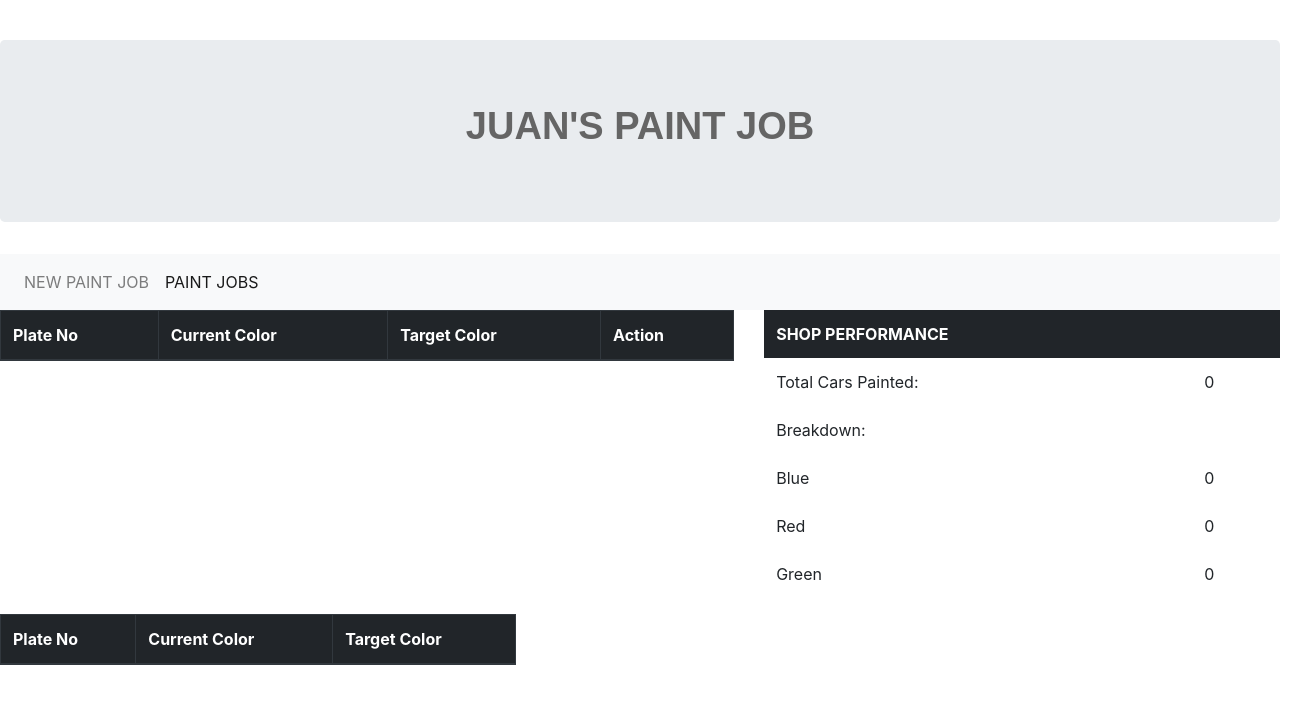
Repository: soycaringal/paint-job
Page: http://localhost/jobs
These files come from the project's save history. The page is drawn as it stood at one moment and after the next save; the edit follows.
The browser window is 1280 px wide. The page is 1295 px wide, then 1280 px, so the pictures cover 1295 px, including what lies to the right of the window. The pictures show the whole page.
The page is served by the project's Laravel application, run on PHP 8.4 with Laravel 8. Other server files are loaded and not shown. Queries for data that is not in the repository find no rows.

Above is the page before, as saved 2020-02-23 17:03:37.

### routes/web.php
<?php

/*
|--------------------------------------------------------------------------
| Web Routes
|--------------------------------------------------------------------------
|
| Here is where you can register web routes for your application. These
| routes are loaded by the RouteServiceProvider within a group which
| contains the "web" middleware group. Now create something great!
|
*/

Route::get('/', 'CarController@index')->name('home');
Route::get('/jobs', 'CarController@jobs')->name('jobs');
Route::post('/car', 'CarController@store')->name('car.store');

// Route::post('/car', function () {

//     return 'aw';
// });

### app/Http/Controllers/CarController.php
<?php

namespace App\Http\Controllers;

use App\Car;
use Illuminate\Http\Request;

class CarController extends Controller
{
    private $car;

    public function __construct(Car $car) {
        $this->car = $car;
    }

    /**
     * Display a listing of the resource.
     *
     * @return \Illuminate\Http\Response
     */
    public function index()
    {
        $cars = $this->car->all();
        return view('home', compact('cars'));
    }

        /**
     * Display a listing of the resource.
     *
     * @return \Illuminate\Http\Response
     */
    public function jobs()
    {
        return view('jobs');
    }

    /**
     * Show the form for creating a new resource.
     *
     * @return \Illuminate\Http\Response
     */
    public function create()
    {
        //
    }

    /**
     * Store a newly created resource in storage.
     *
     * @param  \Illuminate\Http\Request  $request
     * @return \Illuminate\Http\Response
     */
    public function store(Request $request)
    {
        $data = $request->all();

        $car = new Car();
        $car->plate_no = $data['plate_no'];
        $car->current_color = $data['current_color'];
        $car->target_color = $data['target_color'];
        $car->save();

        return redirect('jobs');
    }

    /**
     * Display the specified resource.
     *
     * @param  \App\Car  $car
     * @return \Illuminate\Http\Response
     */
    public function show(Car $car)
    {
        //
    }

    /**
     * Show the form for editing the specified resource.
     *
     * @param  \App\Car  $car
     * @return \Illuminate\Http\Response
     */
    public function edit(Car $car)
    {
        //
    }

    /**
     * Update the specified resource in storage.
     *
     * @param  \Illuminate\Http\Request  $request
     * @param  \App\Car  $car
     * @return \Illuminate\Http\Response
     */
    public function update(Request $request, Car $car)
    {
        $car = $this->car->find($request->id);
        $car->status = 'completed';
        $car->save();
    }

    /**
     * Remove the specified resource from storage.
     *
     * @param  \App\Car  $car
     * @return \Illuminate\Http\Response
     */
    public function destroy(Car $car)
    {
        //
    }
}

### resources/views/jobs.blade.php
@extends('layouts.app')

@section('content')

<div class="row">
    <section class="col-7">
        <div class="cars">
            <table class="table table-bordered">
                <thead class="thead thead-dark">
                    <tr>
                        <th scope="col">Plate No</th>
                        <th scope="col">Current Color</th>
                        <th scope="col">Target Color</th>
                        <th scope="col">Action</th>
                    </tr>
                </thead>
                <tbody class="car-in-progress">

                </tbody>
            </table>
        </div>
    </section>
    <section class="col-5">
        <div class="cars">
            <table class="table table-borderless">
                <thead class="thead thead-dark">
                    <tr>
                        <th scope="col" colspan="2">SHOP PERFORMANCE</th>
                    </tr>
                </thead>
                <tbody class="car-performance">

                </tbody>
            </table>
        </div>
    </section>
</div>
<div class="row">
    <section class="col-5">
        <div class="cars">
            <table class="table table-bordered">
                <thead class="thead thead-dark">
                    <tr>
                        <th scope="col">Plate No</th>
                        <th scope="col">Current Color</th>
                        <th scope="col">Target Color</th>
                    </tr>
                </thead>
                <tbody class="car-queue">

                </tbody>
            </table>
        </div>
    </section>
</div>

<script>
    $(document).ready(() => {
        getData();
        poll();
    })

    function templatePending(cars) {
        let template = '\
        <tr> \
            <td>{PLATE_NO}</td> \
            <td>{CURRENT_COLOR}</td> \
            <td>{TARGET_COLOR}</td> \
            <td>{ACTION}</td> \
        </tr>';

        let result = '';
        cars.forEach(car => {
            const action = '<a onclick="updateStatus(' + car.id + ')" href="javascript:void(0)">Mark as Completed</>'
            let row =  template
                .replace('{PLATE_NO}', car.plate_no)
                .replace('{CURRENT_COLOR}', car.current_color)
                .replace('{TARGET_COLOR}', car.target_color)
                .replace('{ACTION}', action)

            result += row;
        });

        $('.car-in-progress').html(result);
    }

    function templateQueue(cars) {
        let template = '\
        <tr> \
            <td>{PLATE_NO}</td> \
            <td>{CURRENT_COLOR}</td> \
            <td>{TARGET_COLOR}</td> \
        </tr>';

        let result = '';
        cars.forEach(car => {
            const action = '<a onclick="updateStatus(' + car.id + ')" href="javascript:void(0)">Mark as Completed</>'
            let row =  template
                .replace('{PLATE_NO}', car.plate_no)
                .replace('{CURRENT_COLOR}', car.current_color)
                .replace('{TARGET_COLOR}', car.target_color)

            result += row;
        });

        $('.car-queue').html(result);
    }

    function templatePerformance(car) {
        let template = '\
        <tr> \
            <td>Total Cars Painted:</td> \
            <td>{TOTAL_CARS}</td> \
        </tr> \
        <tr> \
            <td colspan="2">Breakdown:</td> \
        </tr> \
        <tr> \
            <td>Blue</td> \
            <td>{TOTAL_BLUE}</td> \
        </tr> \
        <tr> \
            <td>Red</td> \
            <td>{TOTAL_RED}</td> \
        </tr> \
        <tr> \
            <td>Green</td> \
            <td>{TOTAL_GREEN}</td> \
        </tr>';

        let result =  template
            .replace('{TOTAL_CARS}', car.total_cars)
            .replace('{TOTAL_BLUE}', car.total_blue)
            .replace('{TOTAL_RED}', car.total_red)
            .replace('{TOTAL_GREEN}', car.total_green)

        $('.car-performance').html(result);
    }

    function updateStatus(id) {
        $.post('/api/car', {id: id})
        .then((res) => {
            console.log(res);
        });
    }

    async function getData()  {
        await $.get('/api/cars')
        .then((result) => {
            templatePending(result.pending);
            templateQueue(result.queue);
        });

        await $.get('/api/cars/performance')
        .then((result) => {
            templatePerformance(result);
        });
    }

    function poll() {
        setTimeout(() => {
            getData()
            .then(poll())
        }, 3000);
    }
</script>


@endsection

### resources/views/layouts/app.blade.php
<!DOCTYPE html>
<html lang="{{ str_replace('_', '-', app()->getLocale()) }}">
    <head>
        <meta charset="utf-8">
        <meta name="viewport" content="width=device-width, initial-scale=1">

        <title>Laravel</title>

        <!-- Fonts -->
        <link href="https://fonts.googleapis.com/css?family=Nunito:200,600" rel="stylesheet">
        <link rel="stylesheet" href="https://stackpath.bootstrapcdn.com/bootstrap/4.1.3/css/bootstrap.min.css" integrity="sha384-MCw98/SFnGE8fJT3GXwEOngsV7Zt27NXFoaoApmYm81iuXoPkFOJwJ8ERdknLPMO" crossorigin="anonymous">
        <script src="https://code.jquery.com/jquery-3.3.1.slim.min.js" integrity="sha384-q8i/X+965DzO0rT7abK41JStQIAqVgRVzpbzo5smXKp4YfRvH+8abtTE1Pi6jizo" crossorigin="anonymous"></script>
        <script src="https://cdnjs.cloudflare.com/ajax/libs/popper.js/1.14.3/umd/popper.min.js" integrity="sha384-ZMP7rVo3mIykV+2+9J3UJ46jBk0WLaUAdn689aCwoqbBJiSnjAK/l8WvCWPIPm49" crossorigin="anonymous"></script>
        <script src="https://stackpath.bootstrapcdn.com/bootstrap/4.1.3/js/bootstrap.min.js" integrity="sha384-ChfqqxuZUCnJSK3+MXmPNIyE6ZbWh2IMqE241rYiqJxyMiZ6OW/JmZQ5stwEULTy" crossorigin="anonymous"></script>
        <link href="/css/main.css" rel="stylesheet">
        <script src="https://code.jquery.com/jquery-3.4.1.min.js"
                integrity="sha256-CSXorXvZcTkaix6Yvo6HppcZGetbYMGWSFlBw8HfCJo=" crossorigin="anonymous"></script>
    </head>
    <body>
        <div class="car-container">
            <header>
                <div class="jumbotron text-center">
                    <h1>Juan's Paint Job</h1>
                </div>
                <nav class="navbar navbar-expand-lg navbar-light bg-light">
                    <div class="collapse navbar-collapse" id="navbarText">
                        <ul class="navbar-nav mr-auto">
                            <li class="nav-item {{ Route::is('home') ? 'active' : '' }}">
                                <a class="nav-link" href="/">NEW PAINT JOB</a>
                            </li>
                            <li class="nav-item {{ Route::is('jobs') ? 'active' : '' }}">
                                <a class="nav-link" href="/jobs">PAINT JOBS</a>
                            </li>
                            </li>
                        </ul>
                    </div>
                </nav>
            </header>
            <main>
                @yield('content')
            </main>
        </div>
    </body>
</html>

### public/css/main.css
header {
    margin-top: 40px;
}

.container {
    margin: 0 200px;
}
header h1 {
    font-family: 'arial';
    font-weight: bold;
    font-size: 38px;
    text-transform: uppercase;
    color: #656565;
}

.navbar {
    /* background-color: #e9695b; */
}

Loaded but not shown: app/Http/Controllers/Controller.php (common file); app/Car.php (common file)

After the next save:
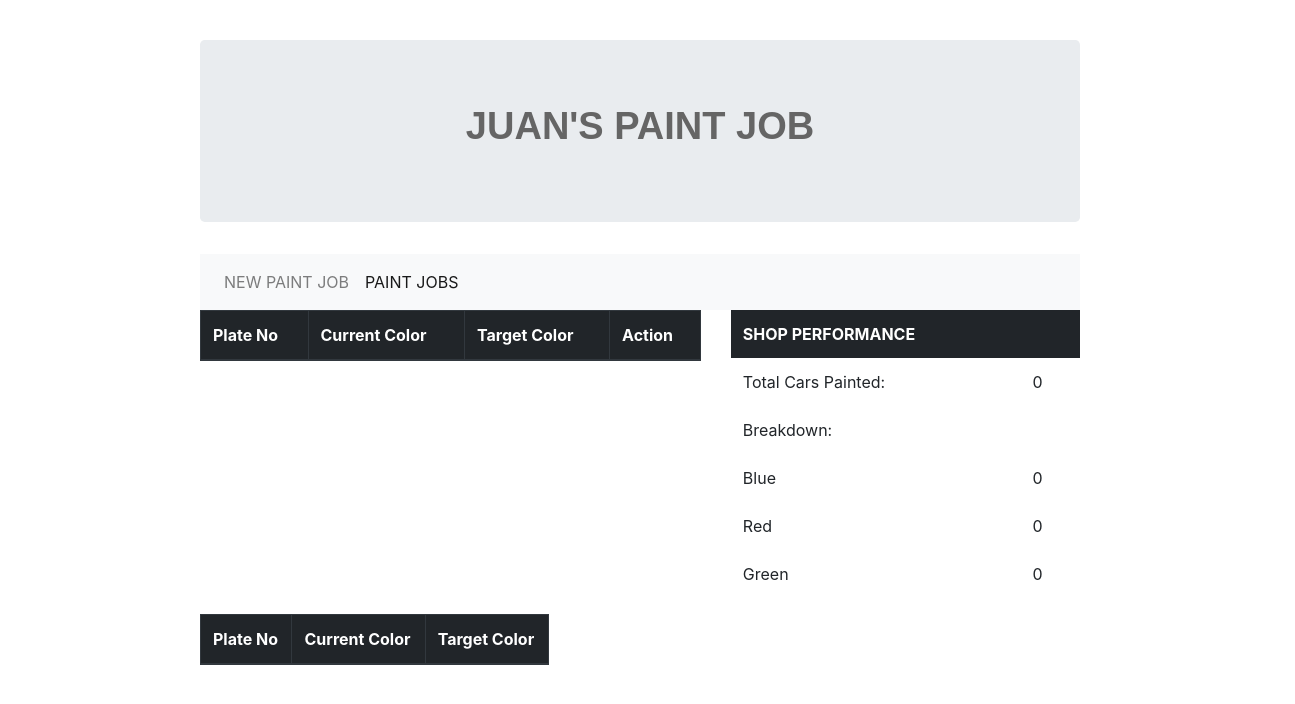
Saved 9 s later.
--- a/public/css/main.css
+++ b/public/css/main.css
@@ -2,7 +2,7 @@ header {
     margin-top: 40px;
 }
 
-.container {
+.car-container {
     margin: 0 200px;
 }
 header h1 {
